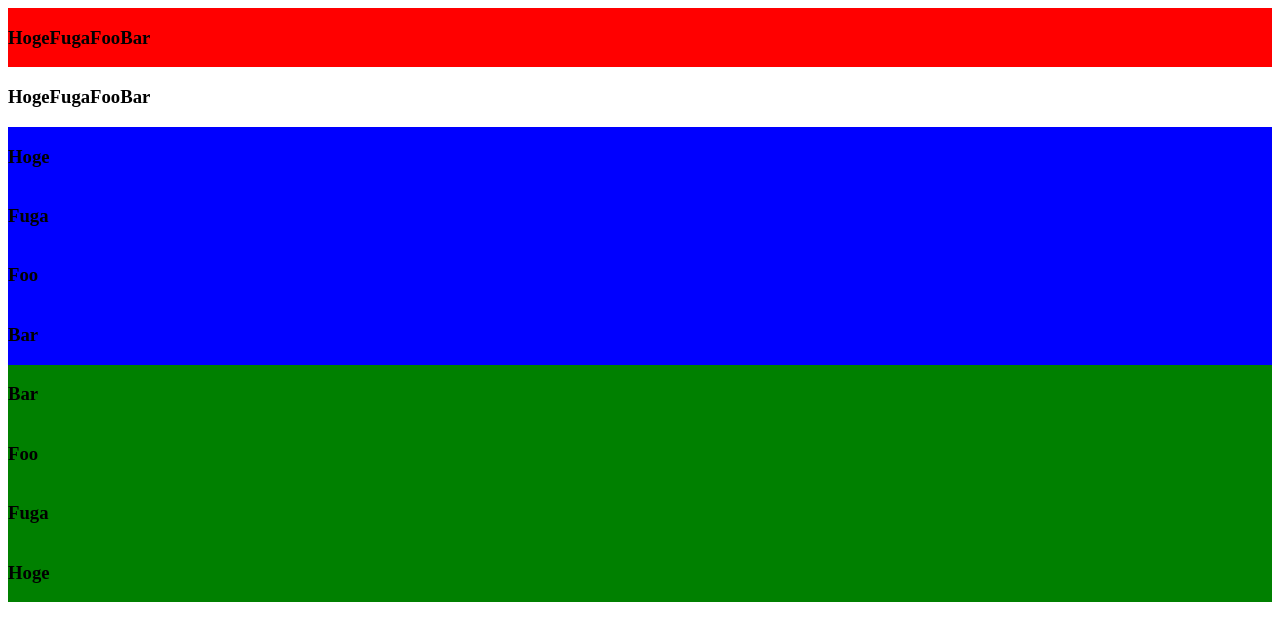
Repository: TakashiYamaguchi2021/samurai_HTML-CSS
Page: flexbox.html
The author's editor kept a record of every edit. The page is drawn from the files as they stood at one moment, then again after the next edit.
The browser window is 1280 px wide. The pictures show the whole page.

Above is the page before.

### flexbox.html
<html lang="ja">
    <head>
        <style>
            #sort {
                display: flex;
                flex-direction: row;
                background-color: red;
            }
            #reverse {
                display: flex;
                flex-direction: row-reverse
                background-color: yellow;
            }
            #column {
                display: flex;
                flex-direction: column;
                background-color: blue;
            }
            #column-reverse {
                display: flex;
                flex-direction: column-reverse;
                background-color: green;
            }
        </style>
    </head>
    <body>
        <div id="sort">
            <h3>Hoge</h3>
            <h3>Fuga</h3>
            <h3>Foo</h3>
            <h3>Bar</h3>
        </div>
        <div id="reverse">
            <h3>Hoge</h3>
            <h3>Fuga</h3>
            <h3>Foo</h3>
            <h3>Bar</h3>
        </div>
        <div id="column">
            <h3>Hoge</h3>
            <h3>Fuga</h3>
            <h3>Foo</h3>
            <h3>Bar</h3>
        <div id="column-reverse">
            <h3>Hoge</h3>
            <h3>Fuga</h3>
            <h3>Foo</h3>
            <h3>Bar</h3>
        </div>
    </body>
</html>

After the next edit:
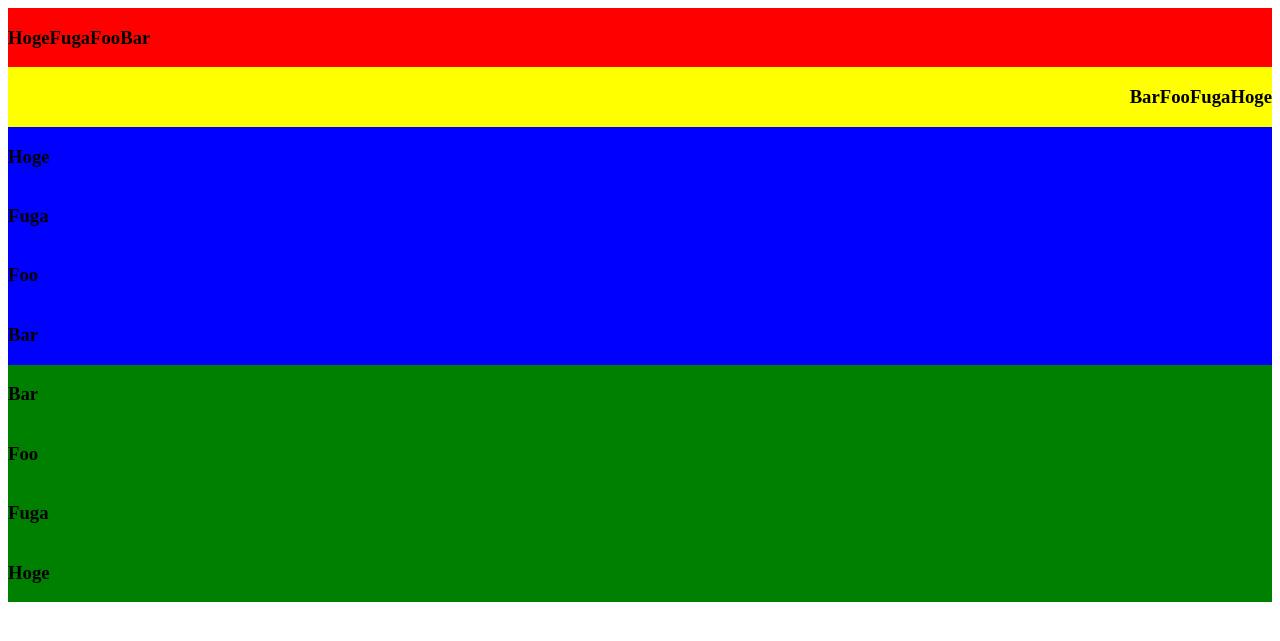
The edit:
--- a/flexbox.html
+++ b/flexbox.html
@@ -8,7 +8,7 @@
             }
             #reverse {
                 display: flex;
-                flex-direction: row-reverse
+                flex-direction: row-reverse;
                 background-color: yellow;
             }
             #column {
